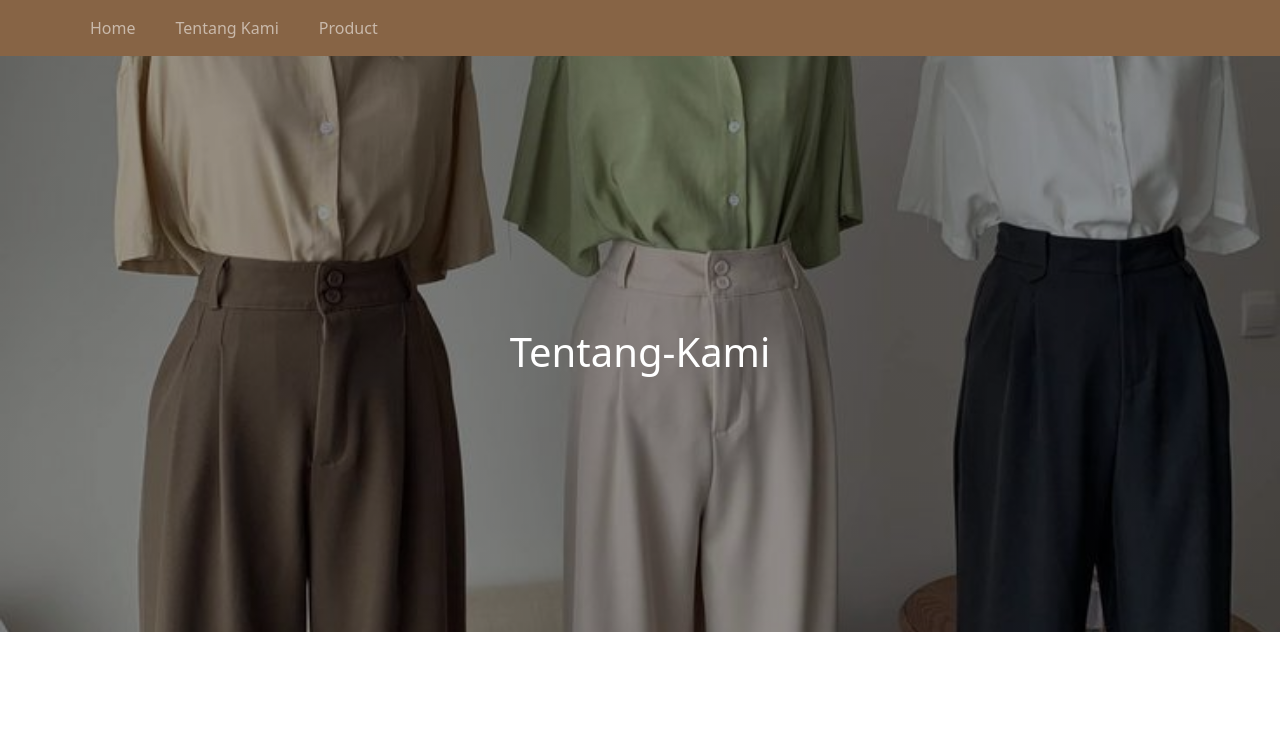
Repository: herman165/tugas_uas
Page: http://localhost/tentang_kami.php
The author's editor kept a copy of each file at every save. The page is drawn from the files as they stood at one save, then again after a run of saves.
The browser window is 1280 px wide. The pictures show the whole page.
The page is run by PHP 8.4 with error messages shown; the project is at /var/www/html/.

Above is the page before, as saved 2024-12-12 04:29:13.

After the next 2 saves:
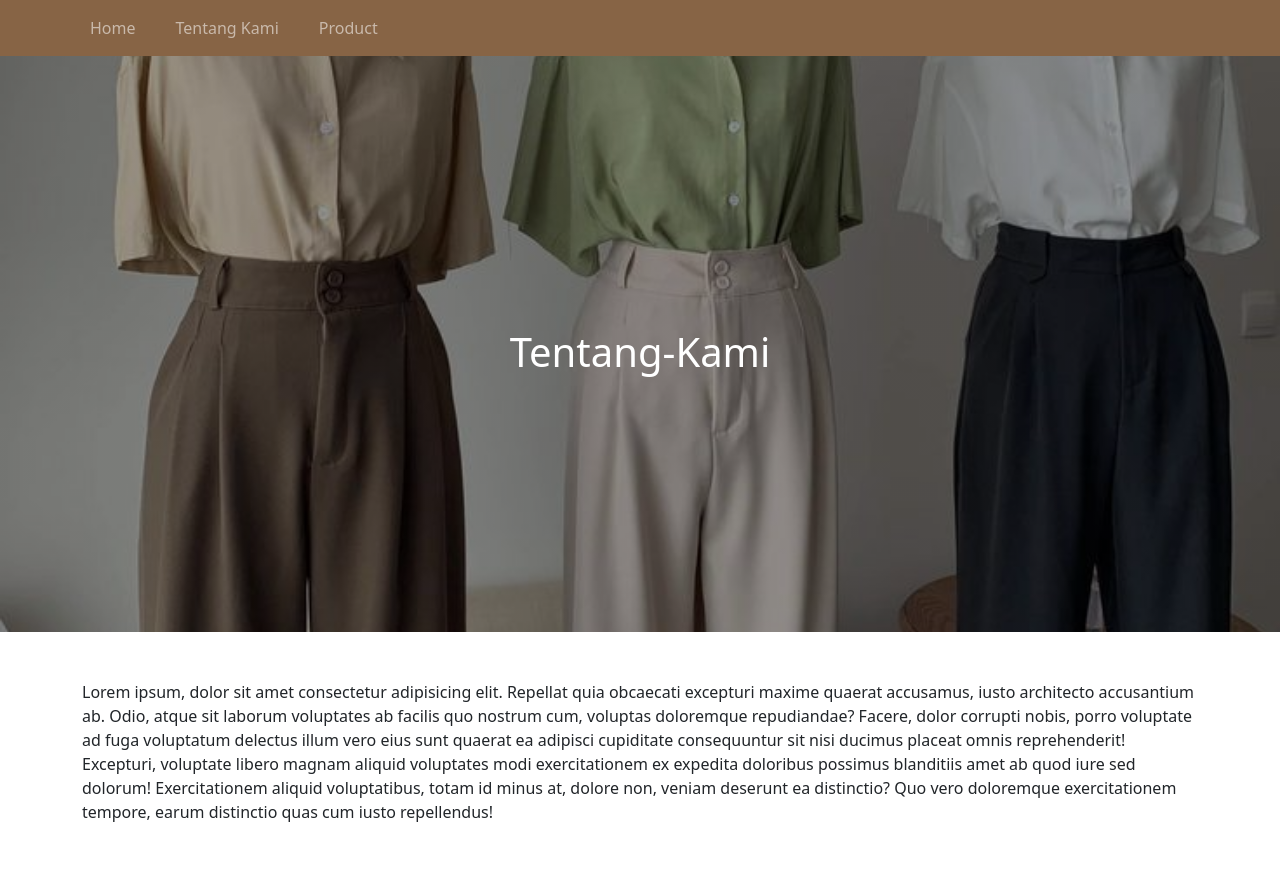
The 2 saves are shown as one change because they came seconds apart.
The last was saved 20 s later.
--- a/tentang_kami.php
+++ b/tentang_kami.php
@@ -22,7 +22,7 @@
       <div class="container-fluid py-5">
         <div class="container">
             <p>
-
+                Lorem ipsum, dolor sit amet consectetur adipisicing elit. Repellat quia obcaecati excepturi maxime quaerat accusamus, iusto architecto accusantium ab. Odio, atque sit laborum voluptates ab facilis quo nostrum cum, voluptas doloremque repudiandae? Facere, dolor corrupti nobis, porro voluptate ad fuga voluptatum delectus illum vero eius sunt quaerat ea adipisci cupiditate consequuntur sit nisi ducimus placeat omnis reprehenderit! Excepturi, voluptate libero magnam aliquid voluptates modi exercitationem ex expedita doloribus possimus blanditiis amet ab quod iure sed dolorum! Exercitationem aliquid voluptatibus, totam id minus at, dolore non, veniam deserunt ea distinctio? Quo vero doloremque exercitationem tempore, earum distinctio quas cum iusto repellendus!
             </p>
         </div>
       </div>
